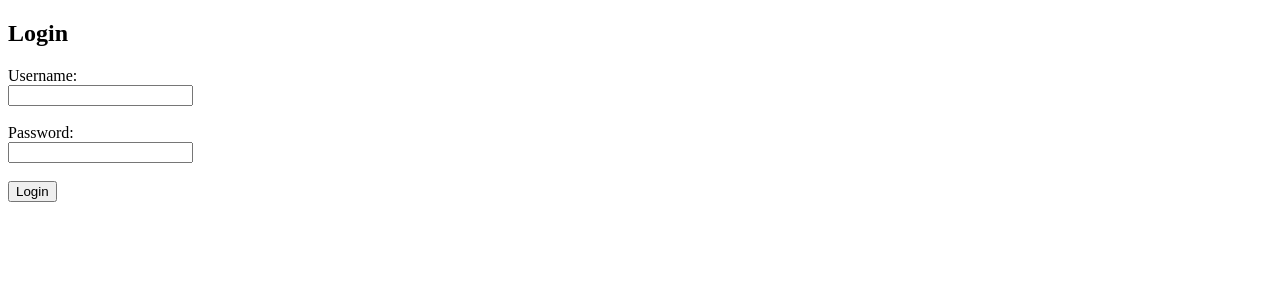
Repository: v-vishwanth/Adv_Java
Page: http://localhost/mvc1/mv
An editor plug-in stored every save of this project. The page is shown before and after the next save, followed by the edit.
The browser window is 1280 px wide. The pictures show the whole page.
The page is served by Tomcat 9. Other server files are loaded and not shown.

Above is the page before, as saved 2026-02-24 09:58:31.

### mvc1/src/main/webapp/login.jsp
<%@ page language="java" contentType="text/html; charset=UTF-8"
    pageEncoding="UTF-8"
    isELIgnored="false"%>
<!DOCTYPE html>
<html>
<head>
    <meta charset="UTF-8">
    <title>Login</title>
</head>
<body>

    <h2>Login</h2>

    <form>
        <label>Username:</label><br>
        <input type="text" name="username"><br><br>

        <label>Password:</label><br>
        <input type="password" name="password"><br><br>

        <input type="submit" value="Login">
    </form>
</body>
</html>

After the next save:
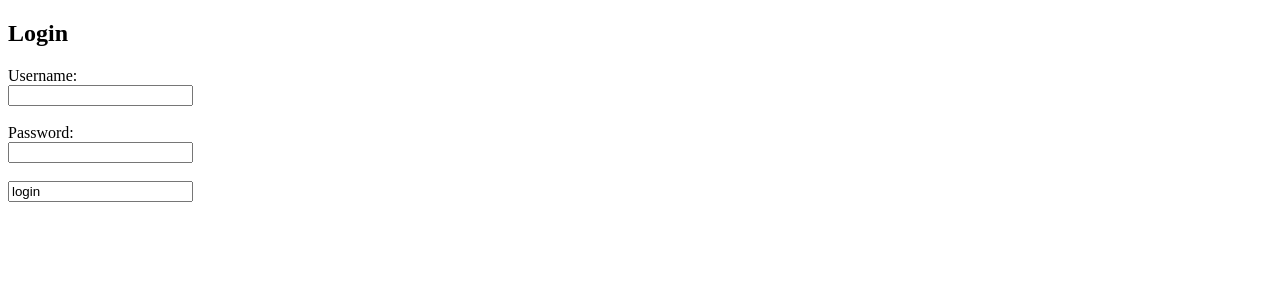
Saved 39 min 18 s later.
--- a/mvc1/src/main/webapp/login.jsp
+++ b/mvc1/src/main/webapp/login.jsp
@@ -11,14 +11,14 @@
 
     <h2>Login</h2>
 
-    <form>
+    <form action = "reg">
         <label>Username:</label><br>
         <input type="text" name="username"><br><br>
 
         <label>Password:</label><br>
         <input type="password" name="password"><br><br>
 
-        <input type="submit" value="Login">
+        <input type="Login" value="login">
     </form>
 </body>
 </html>
